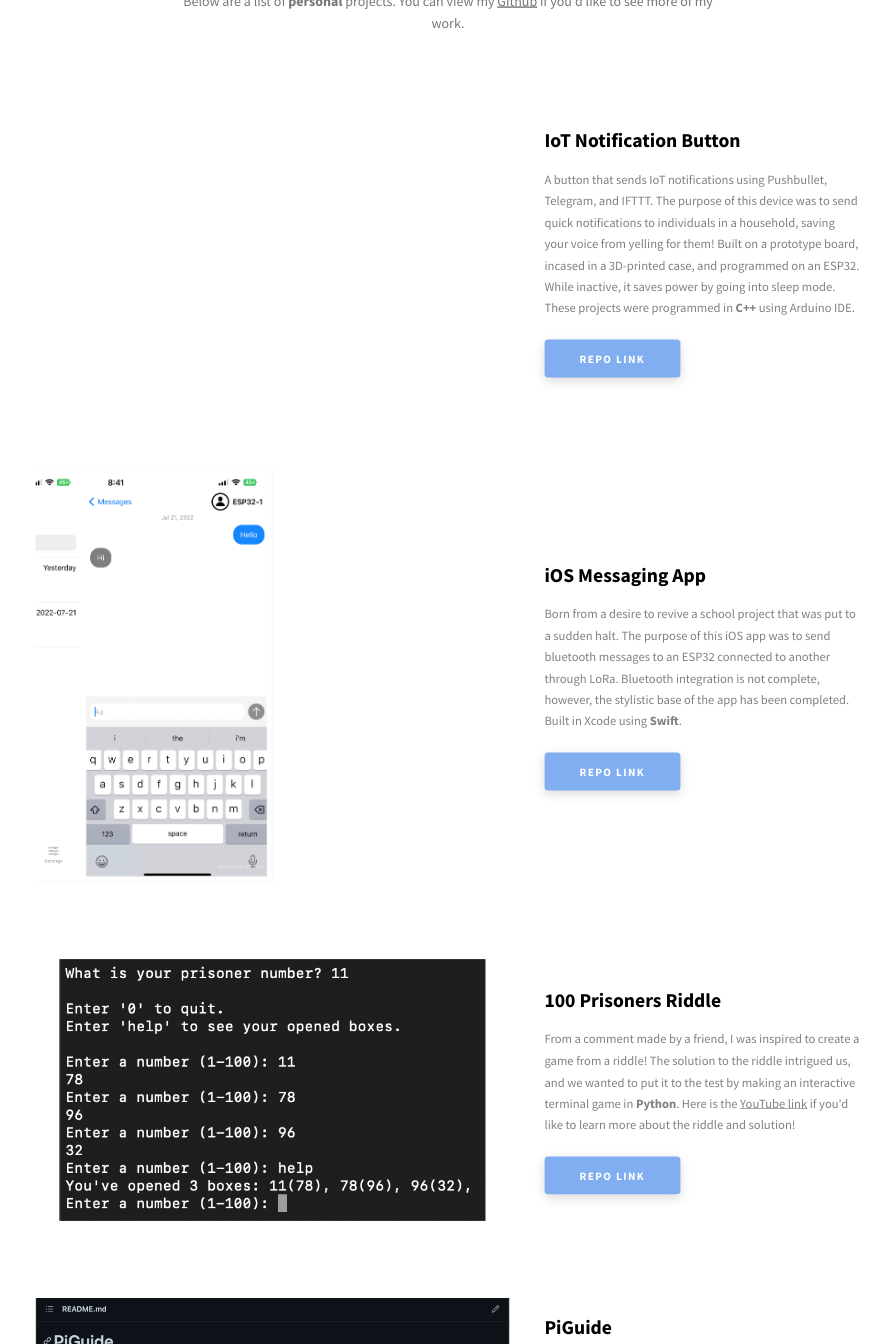
Repository: justinknguyen/Personal-Portfolio
Page: index.html
The author's editor kept a copy of each file at every save. The page is drawn from the files as they stood at one save, then again after the next save.
The browser window is 1280 px wide. The pictures show the part of the page from y = 2133 to 4053 px (the page is 6182 px tall), at 70% of full size.
The style sheet was rebuilt from its Sass, Less or Tailwind sources for each picture, by a compiler version that may differ from the author's.

Above is the page before, as saved 2022-09-09 21:18:34.

After the next save:
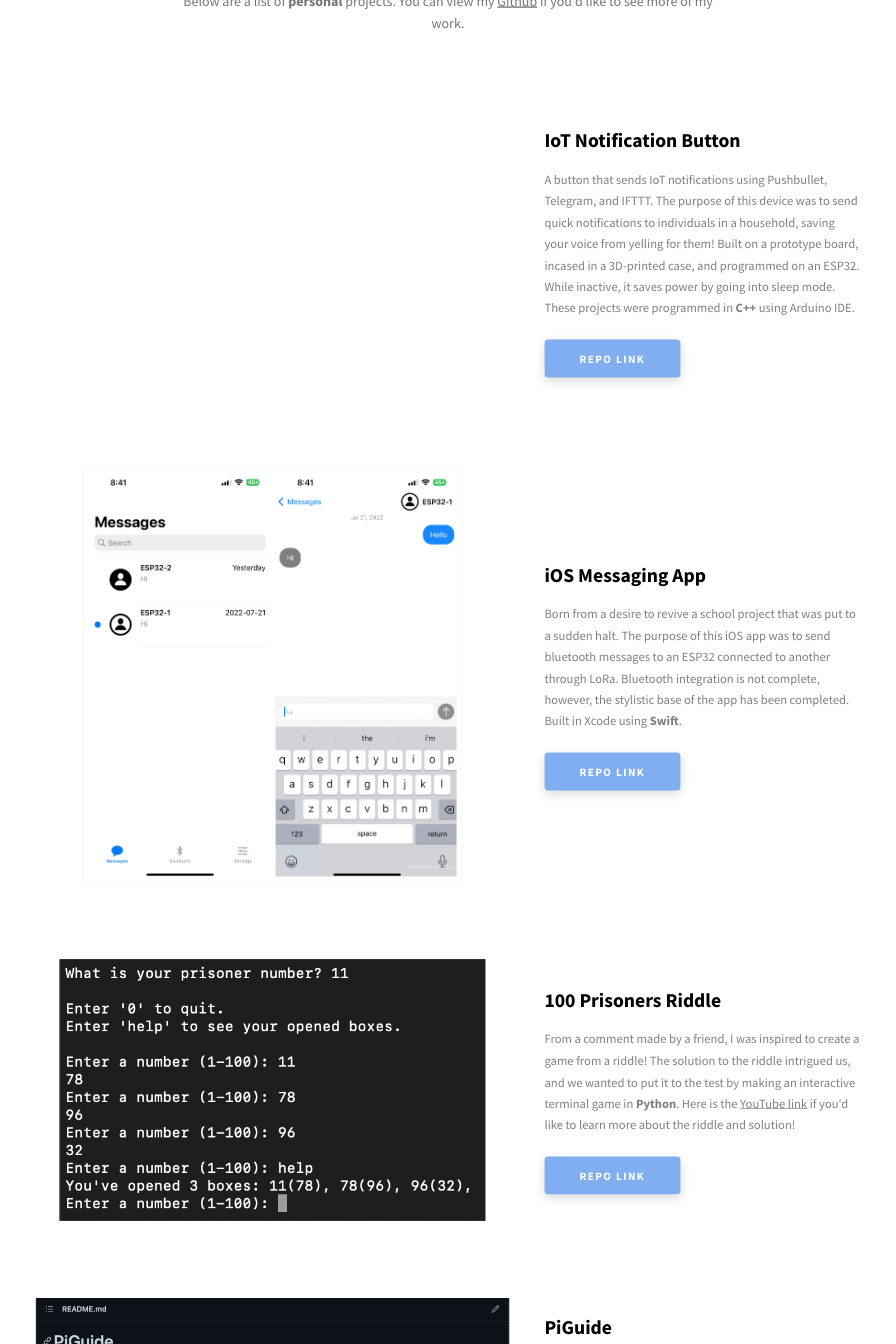
Saved 5 s later.
--- a/index.html
+++ b/index.html
@@ -264,7 +264,7 @@
                     alt="Software Screenshot"
                     class="projects__row-img"
                     loading="lazy"
-                    style="width: 80%; position: relative; left: 10%;"
+                    style="width: 80%;"
                   />
                 </div>
                 <div class="projects__row-content">
